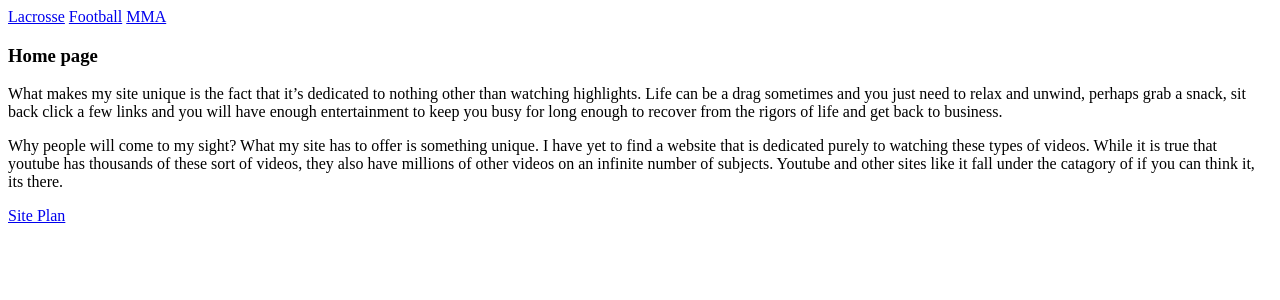
Repository: nak97/personal-site
Page: index.html
The author's editor kept a copy of each file at every save. The page is drawn from the files as they stood at one save, then again after the next save.
The browser window is 1280 px wide. The pictures show the whole page.

Above is the page before, as saved 2023-03-16 07:10:43.

### index.html
<!DOCTYPE html>
<html lang="en">
<head>
  <meta charset="UTF-8">
  <meta http-equiv="X-UA-Compatible" content="IE=edge">
  <meta name="viewport" content="width=device-width, initial-scale=1.0">
  <title> Home</title>
</head>
<body>
  <nav>
    <a href="lacrosse.html" target="_blank">Lacrosse</a>
    <a href="football.html" target="_blank">Football</a>
    <a href="mma" target="_blank">MMA</a>
  </nav>

<h3>Home page</h3>
      <p>
        What makes my site unique is the fact that it’s dedicated to nothing other than watching highlights.
        Life can be a drag sometimes and you just need to relax and unwind, perhaps grab a snack,
        sit back click a few links and you will have enough entertainment to keep you busy for long enough to recover from the rigors of life and get back to business.
      </p>
      <p>
        Why people will come to my sight?
        What my site has to offer is something unique. I have yet to find a website that is dedicated purely to watching these types of videos.
        While it is true that youtube has thousands of these sort of videos, they also have millions of other videos on an infinite number of subjects. Youtube and other sites
        like it fall under the catagory of if you can think it, its there.
      </p>


    <footer><a href="site-plan.html"> Site Plan</a></footer>
</body>
</html>

After the next save:
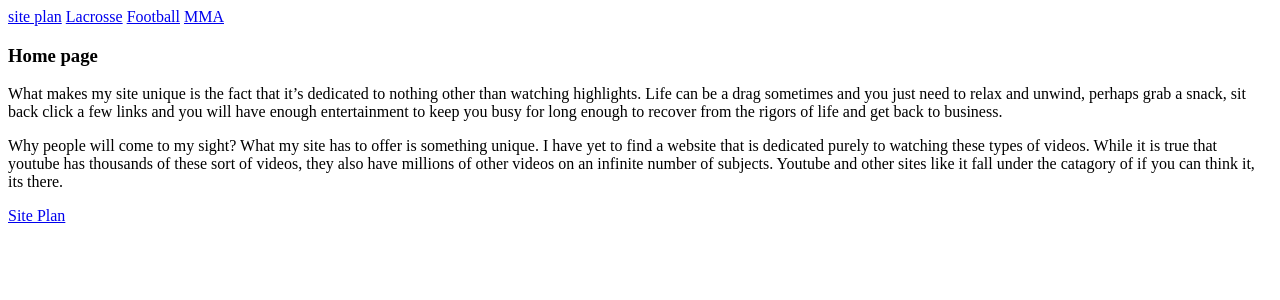
Saved 64 s later.
--- a/index.html
+++ b/index.html
@@ -8,6 +8,7 @@
 </head>
 <body>
   <nav>
+    <a href="site-plan.html">site plan</a>
     <a href="lacrosse.html" target="_blank">Lacrosse</a>
     <a href="football.html" target="_blank">Football</a>
     <a href="mma" target="_blank">MMA</a>
